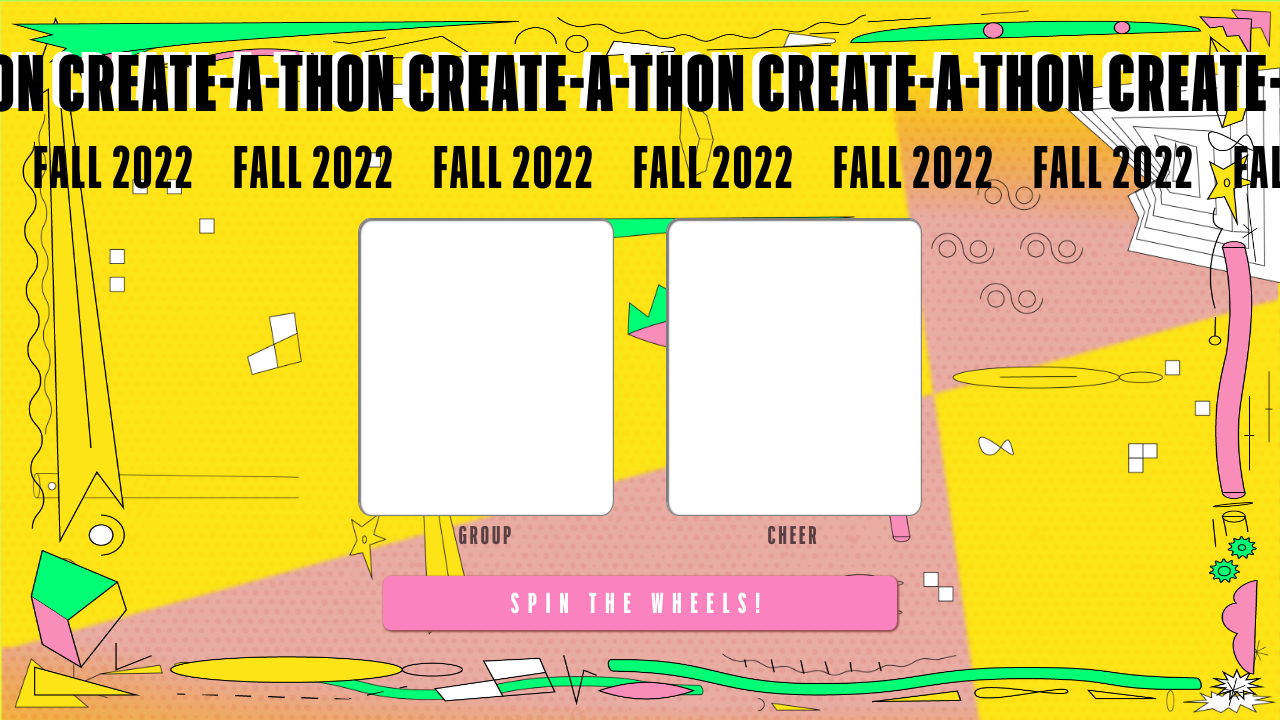
Repository: fakebrianho/IMA-Low-Res-Create-Athon-2022
Page: docs/presentation-order/index.html
The author's editor kept a copy of each file at every save. The page is drawn from the files as they stood at one save, then again after the next save.
The browser window is 1280 px wide. The pictures show the whole page.

Above is the page before, as saved 2022-10-28 22:25:28.
Not found: docs/presentation-order/libraries/p5.dom.js
Not found: docs/presentation-order/libraries/p5.js
Not found: docs/presentation-order/libraries/p5.sound.js

### docs/presentation-order/index.html
<!DOCTYPE html>
<html>

<head>
  <script src="libraries/p5.js"></script>
  <script src="libraries/p5.dom.js"></script>
  <script src="libraries/p5.sound.js"></script>
  <link
    href="https://fonts.googleapis.com/css2?family=Open+Sans:ital,wght@0,300;0,400;0,600;0,700;0,800;1,300;1,400;1,600;1,700;1,800&display=swap"
    rel="stylesheet">
  <link rel="stylesheet" type="text/css" href="style.css">
  <meta charset="utf-8">
  <title>Create-Athon Presentation Order</title>
</head>

<body>
  <header>

  </header>

  <section>

    <div id="wheel-container">
      <div class="fakeHeader">
        <h1 style="opacity: 0"><span>Create-a-Thon</span></h1>
        <h2 style="opacity: 0"><span>Fall 2022</span></h2>
      </div>
      <div class="prompt" id="input-prompt">
        <div class="changing-segment">
          <div id="inputs">
          </div>
        </div>
        <div class="prompt-label" id="input-label">Group</div>
      </div>

      <div class="prompt" id="output-prompt">
        <div class="changing-segment">
          <div id="outputs">
          </div>
        </div>
        <div class="prompt-label" id="output-label">Cheer</div>
      </div>

    </div>

    <div id="button-container">
      <button> Spin the wheels! </button>
    </div>

  </section>

  <footer>

  </footer>
  <script src='gsap.min.js'></script>
  <script src='index.js'></script>
  <script src="sketch.js"></script>
  <script src="wheel.js"></script>

</body>

</html>

### docs/presentation-order/style.css
@font-face {
	src: url('font/BildVariableV3-VF.woff2') format('woff2-variations'),
		url('font/BildVariableV3-VF.woff') format('woff');
	font-family: 'Bild Variable V3 Web';
	font-weight: 700 900;
	font-style: normal;
}

html,
body {
	margin: 0;
	padding: 0;
	width: 100%;
	height: 100%;
	box-sizing: border-box;
	font-family: 'Open Sans', sans-serif;
	font-family: 'Bild Variable V3 Web';
	font-weight: 700;
	hyphens: true;
	font-synthesis: none;
	margin: 0;
	text-transform: uppercase;
	font-variation-settings: 'wdth' 100;
	letter-spacing: 3px;
}

section {
	width: 100%;
	height: 100%;
	position: absolute;
	background-image: url('image/bg.png');
	background: url(image/bg_border-top.png), url(image/bg_border-bottom.png),
		url(image/bg.png), url(image/bg_texture.png), #aafa50;
	background-repeat: no-repeat, no-repeat, no-repeat, repeat;
	/* background-size: auto 70vh, auto 50vh, 100vw 120vh, 800px auto; */
	/* background-position: right top, left 50vh, left 25vh, 0 0; */
	background-size: 100% 100%;
}

h1 {
	font-family: 'Bild Variable V3 Web';
	font-size: 80px;
	font-weight: 900;
	hyphens: true;
	font-synthesis: none;
	text-transform: uppercase;
	text-shadow: -7px -3px #ffffff;
	margin: 0;
	font-variation-settings: 'wdth' 60;
}

h2 {
	font-family: 'Bild Variable V3 Web';
	font-size: 60px;
	font-weight: 700;
	hyphens: true;
	font-synthesis: none;
	margin: 0;
	text-transform: uppercase;
	font-variation-settings: 'wdth' 100;
}

footer {
	position: fixed;
	bottom: 4vh;
	width: 100vw;
	text-align: center;
}

.fakeHeader {
	position: fixed;
	top: 35px;
	left: 0;
	overflow: hidden;
	width: 100%;
	font-size: 16px;
	font-weight: 800;
	z-index: 0;
}

.fakeHeader h1,
.fakeHeader h2 {
	display: flex;
}

h1 span,
h2 span {
	width: 350px;
	display: inline-block;
	flex: 0 0 auto;
	/* opacity: 0; */
}

h2 span {
	width: 200px;
}

p {
	position: relative;
	overflow: hidden;
	overflow-x: auto;
}

#wheel-container {
	display: flex;
	justify-content: center;
	margin-top: 15%;
	overflow: hidden;
}

.prompt {
	display: flex;
	flex-direction: column;
	width: 20%;
	padding: 2%;
	text-align: center;
	overflow: hidden;
}

.changing-segment {
	box-shadow: 1px 1px 1.5px 1px #777 inset;
	border-radius: 5%;
	border-style: groove;
	border-color: gray;
	border-width: 1px;
	position: relative;
	overflow: none;
	background-color: #fff;
	color: black;
	height: 17rem;
	padding: 1rem 0 0.5rem 0;
	font-size: 1.2rem;
	line-height: 1.55rem;
}

#inputs,
#outputs {
	padding: 5%;
}

.prompt-label {
	color: #594042;
	margin-top: 0.3rem;
	font-size: 1.6rem;
}

#button-container {
	margin-top: 0%;
	text-align: center;
}

button {
	background: #fa82be;
	cursor: pointer;
	box-shadow: 1px 1px 2px 1px rgb(148, 79, 79);
	color: white;
	border-width: 0px;
	border-radius: 0.5rem;
	padding: 0.8% 10% 0.8% 10%;
	font-size: 1.8rem;
	font-weight: 200;
	font-family: 'Open Sans', sans-serif;
	font-family: 'Bild Variable V3 Web';
	font-weight: 700;
	hyphens: true;
	font-synthesis: none;
	margin: 0;
	text-transform: uppercase;
	font-variation-settings: 'wdth' 100;
	letter-spacing: 9px;
}

### docs/presentation-order/index.js
const carousels = document.querySelectorAll('.fakeHeader h1, .fakeHeader h2')
const fadeInTimeline = gsap.timeline()
fadeInTimeline
	.set(carousels, { opacity: 0 })
	.to(carousels, { opacity: 1, delay: 1, stagger: 1, duration: 2 })
carousels.forEach((carousel) => {
	const spanTag = carousel.querySelector('span')
	const spanWidth = spanTag.clientWidth
	for (let i = 0; i < 30; i++) {
		carousel.appendChild(spanTag.cloneNode(true))
	}
	const movementTimeline = gsap.timeline({
		repeat: -1,
	})
	movementTimeline
		.set(carousel, { x: 0 })
		.to(carousel, { x: spanWidth * -1, duration: 6, ease: 'linear' })
})

### docs/presentation-order/sketch.js
let spinButton
let data
let inputWheel, outputWheel
let clickSound, endSound, gameShow
let isSpinning = false
let resourcesAvailable = false

function preload() {
	data = loadJSON('data/generator.json')
	//sounds are public domain
	clickSound = loadSound('sound/faded_sine.mp3')
	endSound = loadSound('sound/Electronic_Chime-KevanGC-495939803.mp3')
	// maybe not this sound?
	gameShow = loadSound('sound/gameshow_short.mp3')
}

function windowResized() {
	resizeCanvas(windowWidth, windowHeight)
}

function setup() {
	frameRate(60)

	clickSound.setVolume(0.4)
	gameShow.setVolume(0.5)

	inputWheel = new Wheel('#inputs', data.input)
	outputWheel = new Wheel('#outputs', data.output)

	spinButton = select('button')
	spinButton.mouseClicked(startSpin)
}

function draw() {
	// workaround, see line 69
	if (inputWheel.spin) {
		inputWheel.move()
	}
	if (outputWheel.spin) {
		outputWheel.move()
	}

	if (isSpinning) {
		if (inputWheel.difference == 0 && outputWheel.difference == 0) {
			endSound.play()
			setTimeout(() => {
				gameShow.play()
			}, 100)
			isSpinning = false
		}
	}
}

function startSpin(
	clickEvent,
	targetInput = floor(random(data.input.length)),
	targetOutput = floor(random(data.output.length))
) {
	isSpinning = true

	// inputWheel.target = targetInput // not the target that displays!!
	// inputWheel.spin = true
	inputWheel.update(targetInput)
	// inputWheel.resetAriaHidden();

	outputWheel.target = targetOutput
	outputWheel.spin = true
	outputWheel.resetAriaHidden()

	// console.log(
	//   'make a something where the input is ' +
	//     data.input[targetInput] +
	//     ' and an output is ' +
	//     data.output[targetOutput]
	// );

	// remove data from array here
	console.log(targetInput)
	// console.log(data.input[targetInput])
	data.input.splice(targetInput, 1)
	console.log(data.input)
}

### docs/presentation-order/wheel.js
class Wheel {
	constructor(parentID, data, count = 5, startIndex = 0) {
		this.count = count
		this.data = data
		this.numOfCycles = Math.floor(random(2, 4))
		this.startIndex = startIndex
		this.currentIndex =
			this.startIndex - this.data.length * this.numOfCycles
		this.parentID = parentID
		this.elements = []
		this.position = []
		this.target = startIndex
		this.speed = 5
		this.difference = 0

		for (let i = 0; i < this.count; i++) {
			this.elements[i] = createP(
				this.data[
					(this.startIndex + i - floor(this.count / 2)) %
						this.data.length
				]
			)
			this.elements[i].parent(this.parentID)
			this.elements[i].attribute('aria-hidden', true)
			this.elements[i].style(
				'color',
				rgbToHex(int(random(120)), int(random(120)), int(random(120)))
			)
			this.position[i] = this.elements[i].position()
			if (i == floor(this.count / 2)) {
				this.elements[i].attribute('aria-hidden', false)
			} else {
				this.elements[i].style('visibility', 'hidden')
			}
		}
		// this feels hacky?
		this.startTop = this.position[0].y
		this.currTop = parseInt(this.elements[0].style('top'))
		this.distanceBetweenElements = this.position[1].y - this.position[0].y

		this.spin = false
	}

	resetAriaHidden() {
		for (let i = 0; i < this.count; i++) {
			this.elements[i].attribute('aria-hidden', true)
			this.elements[i].style('visibility', 'visible')
		}
	}

	// continuing the hack workaround
	update(target) {
		console.log(data.input[target])
		let inputWheel = document.getElementById('inputs')
		inputWheel.innerHTML = data.input[target]
		inputWheel.style.position = 'relative'
		inputWheel.style.top = '45%'
		this.spin = false
	}

	move() {
		this.currTop -= this.speed
		// console.log(this.target);
		// console.log(this.currentIndex);
		this.difference = int(this.target) - int(this.currentIndex)
		this.speed =
			(60 *
				abs(
					this.difference % (this.data.length * this.numOfCycles * 2)
				)) /
			(this.data.length * this.numOfCycles * 2)

		// console.log(this.data[this.target],this.target, this.currentIndex, this.difference, (this.data.length*this.numOfCycles), this.speed);

		if (this.currTop < -this.distanceBetweenElements / 2) {
			clickSound.play()
			this.currentIndex++
			this.startIndex =
				this.currentIndex + this.data.length * this.numOfCycles
			this.startIndex %= this.data.length
			this.elements[0].remove()
			this.currTop = 0
			this.elements.splice(0, 1)
			this.elements.push(
				createP(
					this.data[
						(this.data.length +
							this.startIndex +
							floor(this.count / 2)) %
							this.data.length
					]
				)
			)

			this.elements[this.elements.length - 1].parent(this.parentID)
			this.elements[this.elements.length - 1].attribute(
				'aria-hidden',
				true
			)
			this.elements[this.elements.length - 1].style(
				'color',
				rgbToHex(int(random(120)), int(random(120)), int(random(120)))
			)
		}
		for (let i = 0; i < this.elements.length; i++) {
			this.elements[i].style('top', this.currTop + 'px')
		}
		if (this.difference == 0) {
			this.spin = false

			console.log(this.data)

			this.numOfCycles = floor(random(2, 4))
			this.currentIndex =
				this.startIndex - this.data.length * this.numOfCycles
			for (let i = 0; i < this.elements.length; i++) {
				if (i == floor(this.elements.length / 2)) {
					this.elements[i].attribute('aria-hidden', false)
					this.elements[i].addClass('wrap')
				} else {
					this.elements[i].style('visibility', 'hidden')
				}
			}
		}
	}
}

function componentToHex(c) {
	var hex = c.toString(16)
	return hex.length == 1 ? '0' + hex : hex
}

function rgbToHex(r, g, b) {
	return '#' + componentToHex(r) + componentToHex(g) + componentToHex(b)
}

Loaded but not shown: docs/presentation-order/gsap.min.js (library)

After the next save:
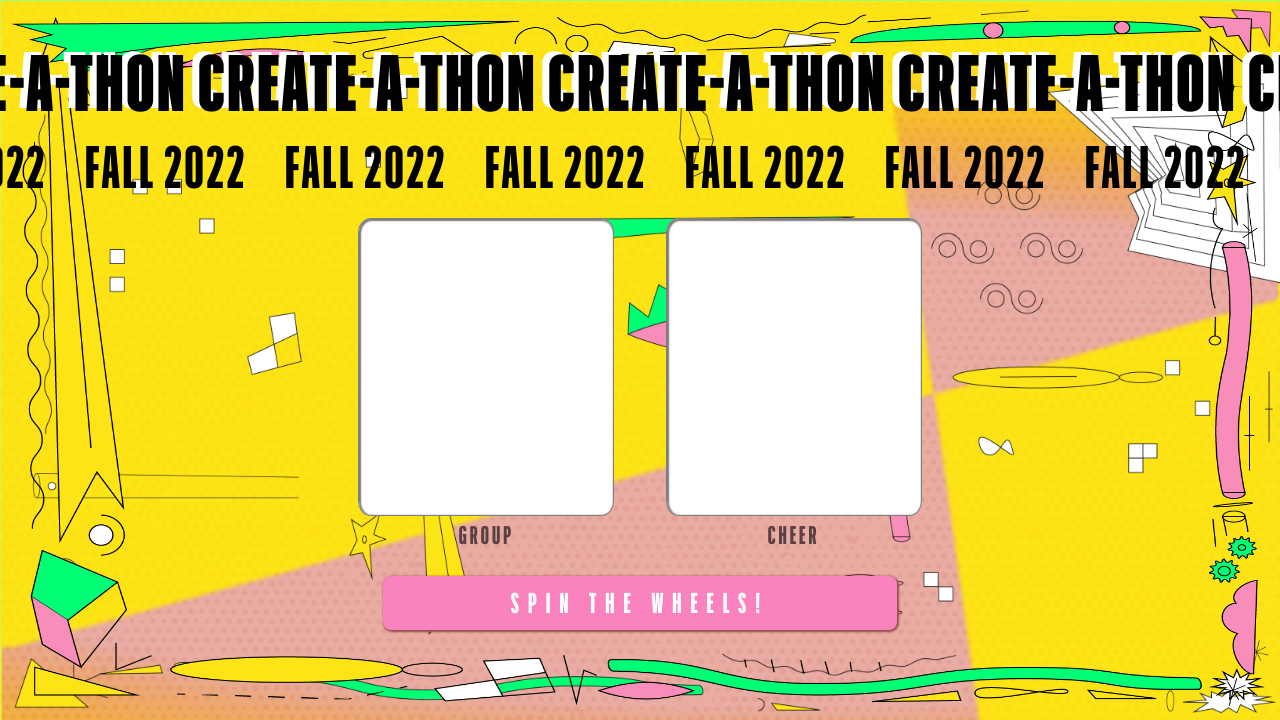
Saved 14 s later.
--- a/docs/presentation-order/index.js
+++ b/docs/presentation-order/index.js
@@ -5,7 +5,7 @@
 	.to(carousels, { opacity: 1, delay: 1, stagger: 1, duration: 2 })
 carousels.forEach((carousel) => {
 	const spanTag = carousel.querySelector('span')
-	const spanWidth = spanTag.clientWidth
+	const spanWidth = spanTag.clientHeight
 	for (let i = 0; i < 30; i++) {
 		carousel.appendChild(spanTag.cloneNode(true))
 	}
